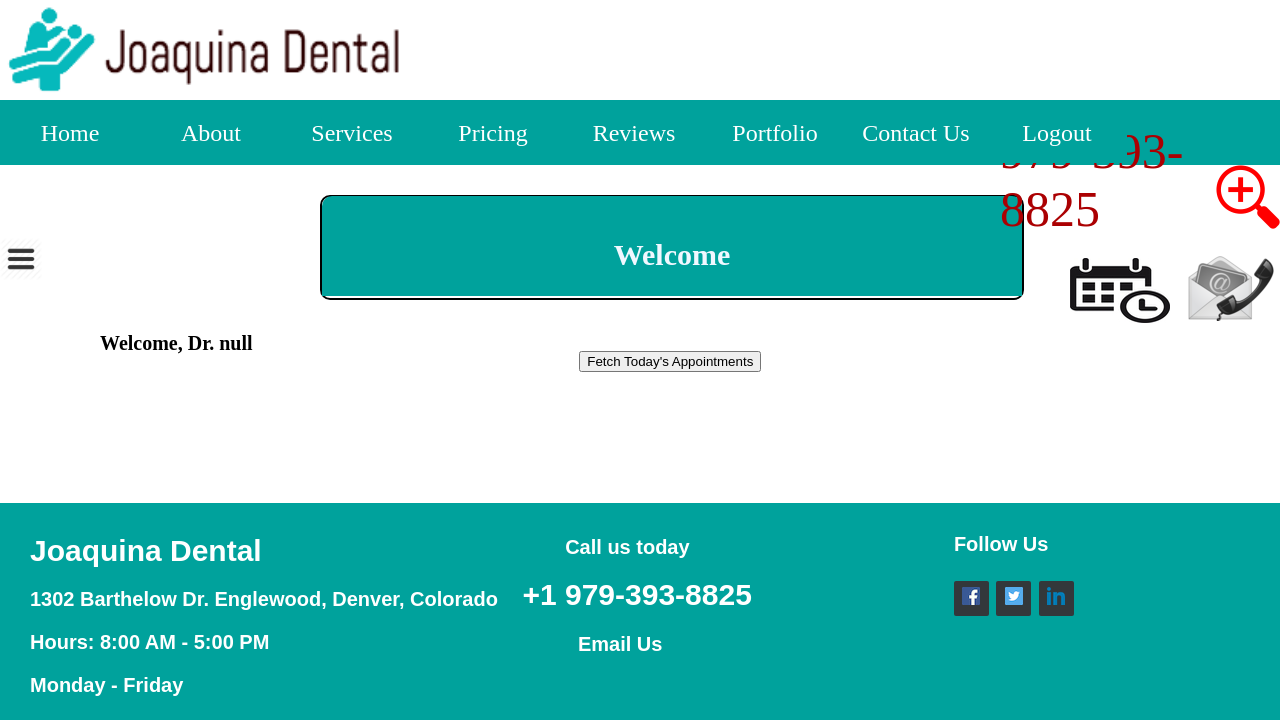
Repository: ManjushaBolishetty/test
Page: http://localhost/test/DentistHomePage.jsp
These files come from the project's save history. The page is drawn as it stood at one moment and after the next save; the edit follows.
The browser window is 1280 px wide. The pictures show the whole page.
The page is served by Tomcat 9.

Above is the page before, as saved 2016-04-03 17:33:34.

After the next save:
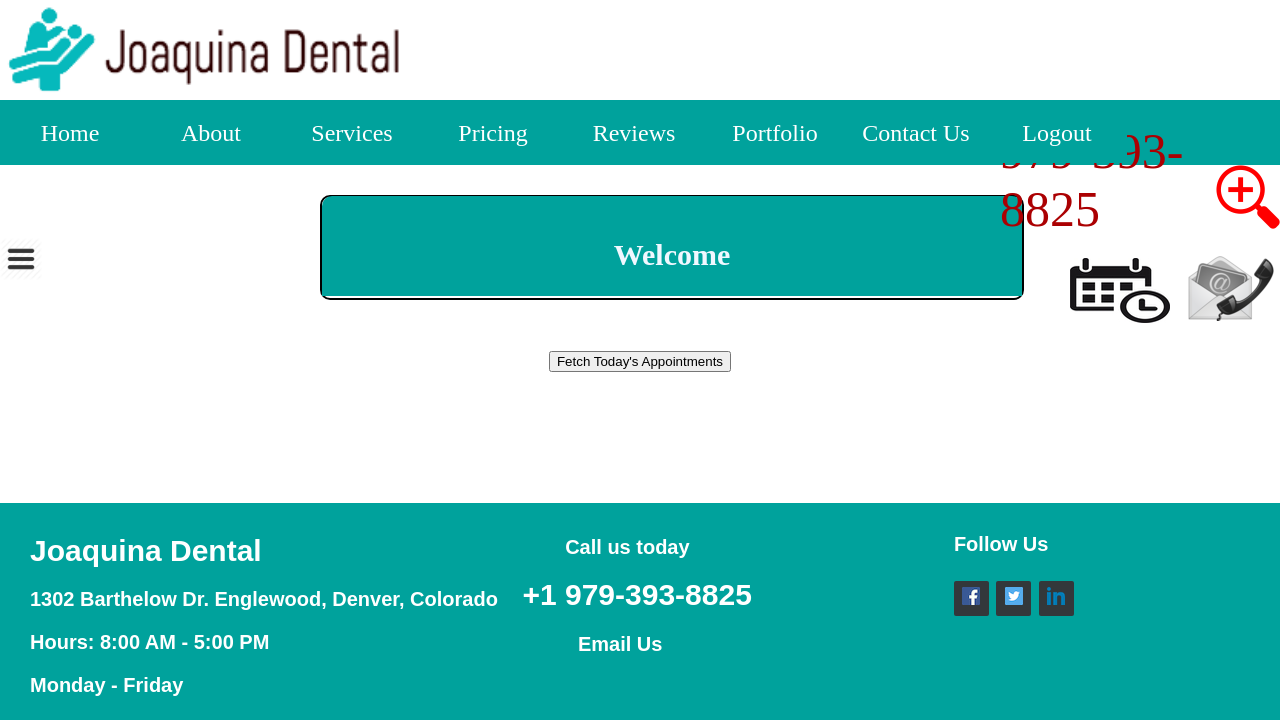
Saved 31 s later.
--- a/test/WebContent/DentistHomePage.jsp
+++ b/test/WebContent/DentistHomePage.jsp
@@ -42,12 +42,12 @@ $(document).ready(function(){
 </div>
 
 <div class="Logindate">
-<%
+<%-- <%
    Date date = new Date();
    out.print("<h4 align=\"left\">" +"Welcome, Dr. " + session.getAttribute("Dentist_Name") + "</h4>\n");
    /*  out.print("<h4 align=\"left\">" + date.toString() + "</h4>");*/
 %>
-</div>
+</div> --%>
 
 <div class="appointment" align=center>
   <form action="AppointmentServlet" method="get">
